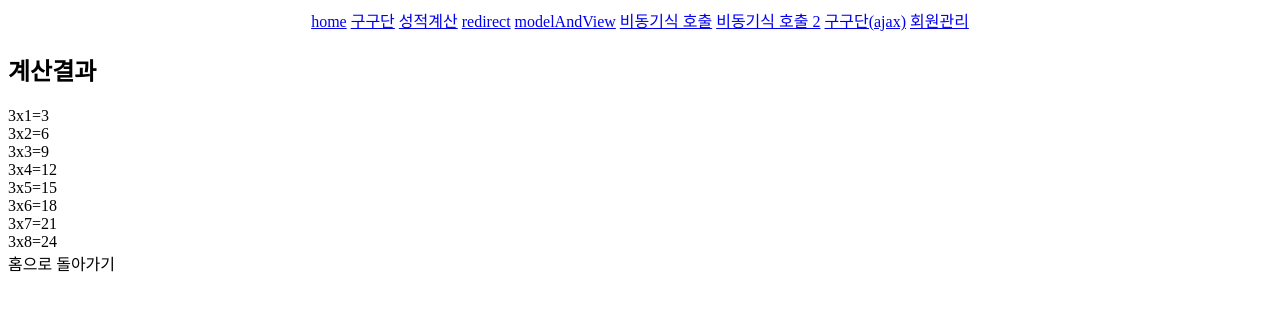
Repository: junhyeoksin/spring_program
Page: http://localhost/springProgram/table_result.do
These files come from the project's save history. The page is drawn as it stood at one moment and after the next save; the edit follows.
The browser window is 1280 px wide. The pictures show the whole page.
The page is served by Tomcat 9.

Above is the page before, as saved 2022-01-05 14:34:06.

After the next save:
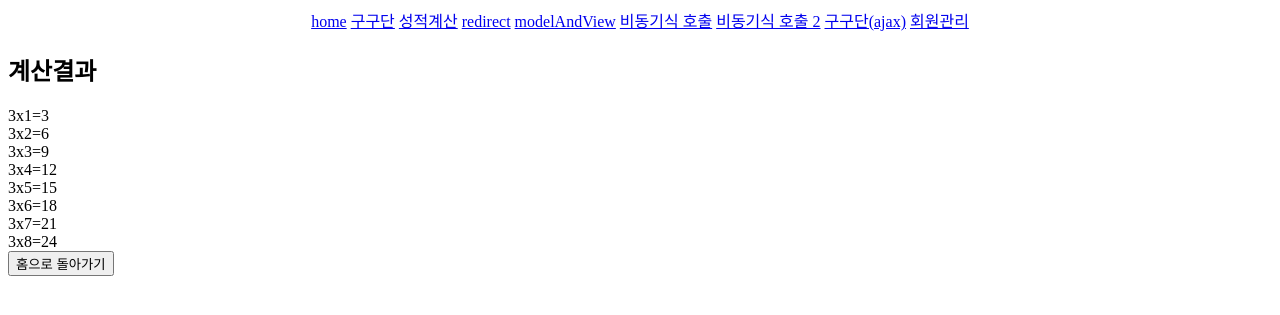
Saved 44 s later.
--- a/springProgram/src/main/webapp/WEB-INF/views/test/table_result.jsp
+++ b/springProgram/src/main/webapp/WEB-INF/views/test/table_result.jsp
@@ -10,6 +10,6 @@
 <%@ include file="../include/menu.jsp" %>
 <h2>계산결과</h2>
 ${result}
-<div>홈으로 돌아가기<a href="/spring01/"></a></div>
+<button> 홈으로 돌아가기<a href="/spring01/"/></button>
 </body>
 </html>
